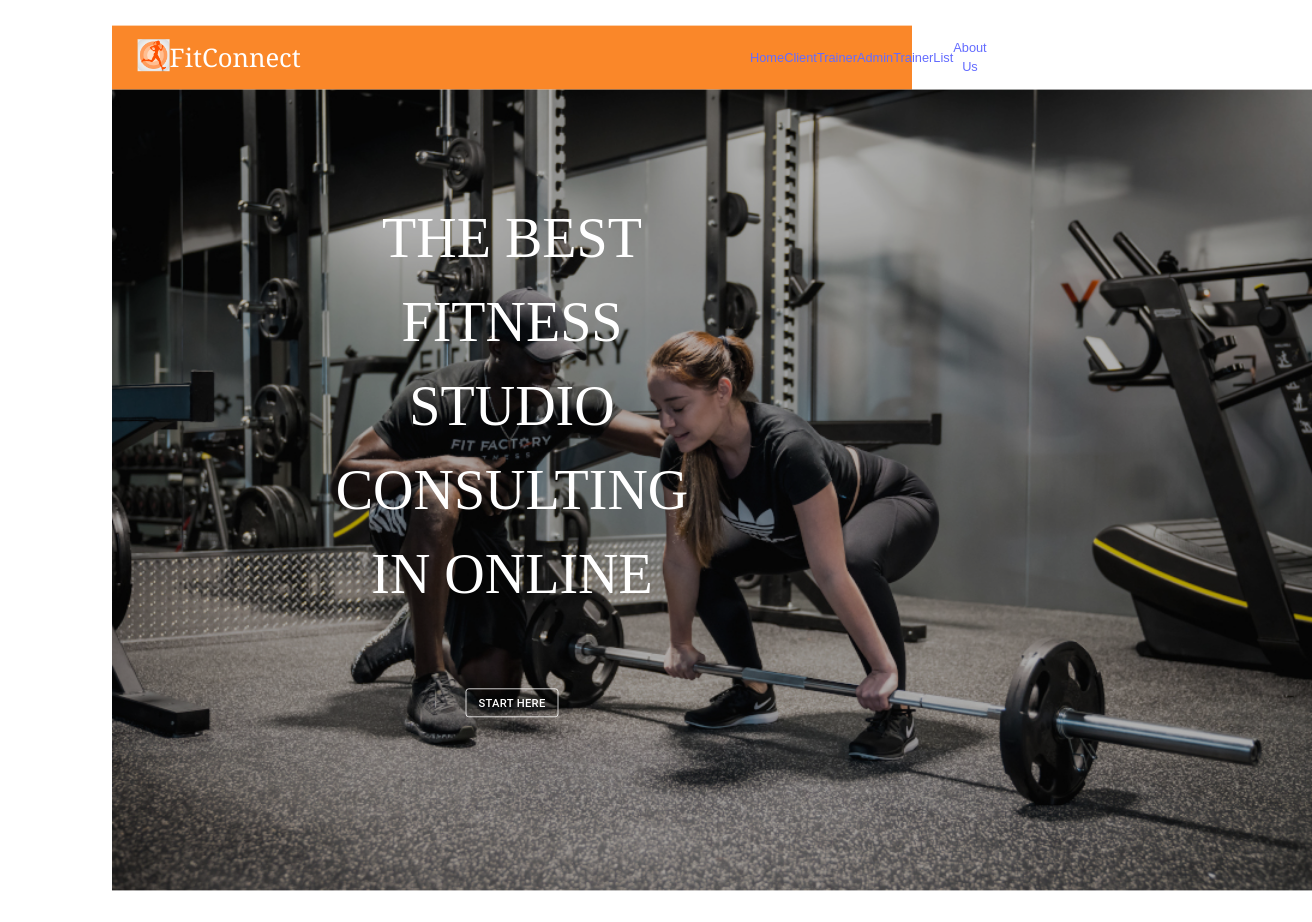
Repository: sarathraj2002/fitconnect
Page: / (app in Frontend/)
An editor plug-in stored every save of this project. The page is shown before and after the next save, followed by the edit.
The browser window is 1280 px wide. The page is 1640 px wide, so the pictures cover 1640 px, including what lies to the right of the window. The pictures show the whole page, at 80% of full size.
The project was rebuilt for these pictures with package versions that can differ from the ones it lists, and the page was loaded fresh each time. Also part of the build but not shown: Frontend/vite.config.js, Frontend/src/components/ClientPage.jsx, Frontend/src/components/TrainerPage.jsx, Frontend/src/components/AdminPage.jsx, Frontend/src/components/TrainerListPage.jsx, Frontend/src/components/AboutUs.jsx.

Above is the page before, as saved 2024-11-08 22:27:52.

After the next save:
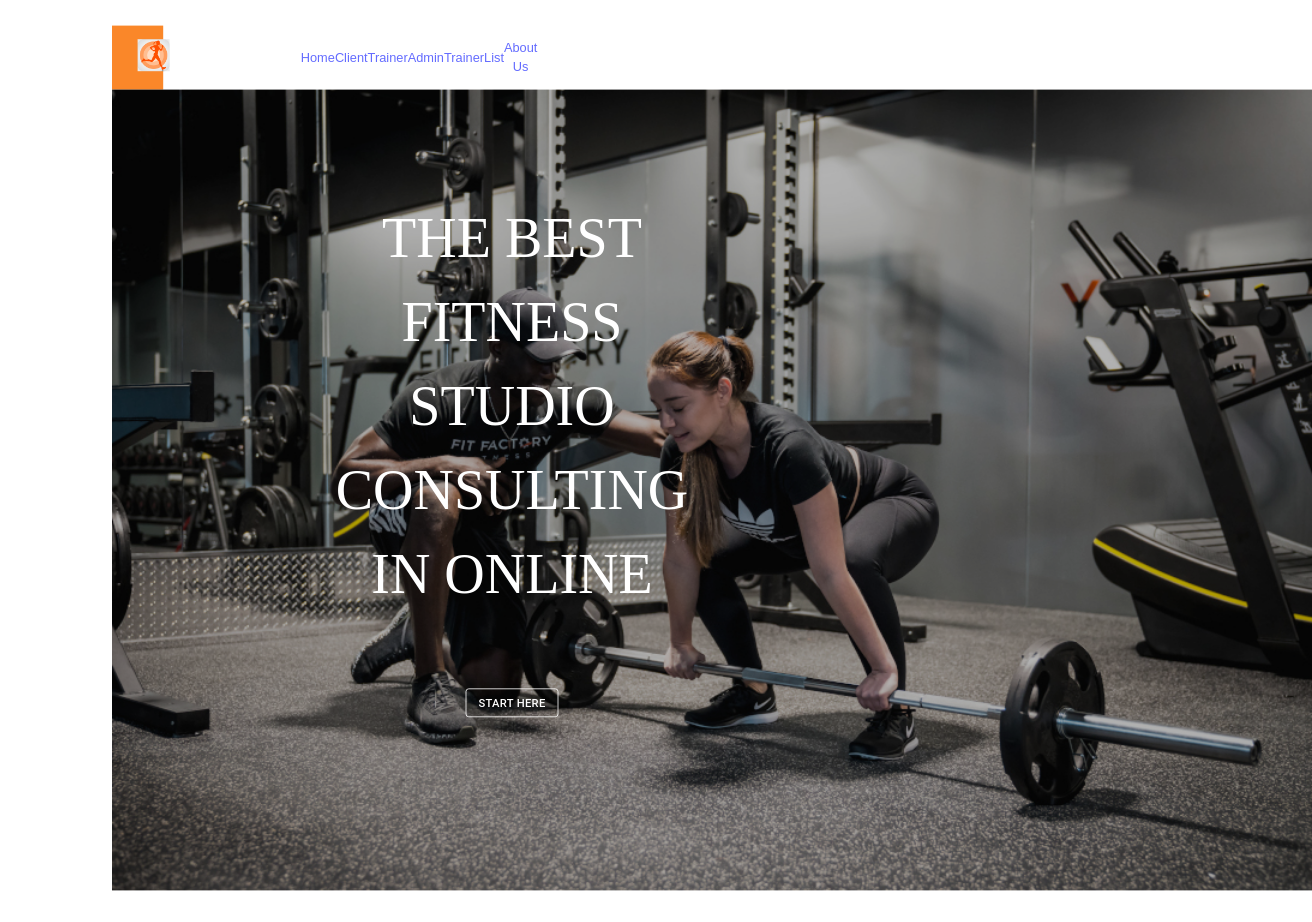
Saved 5 s later.
--- a/Frontend/src/components/Navbar.css
+++ b/Frontend/src/components/Navbar.css
@@ -22,7 +22,7 @@
     padding: 1rem 2rem ;
     color: white;
     position: relative;
-    width:
+    width:0%
   }
 
   .navbar-logo img {
